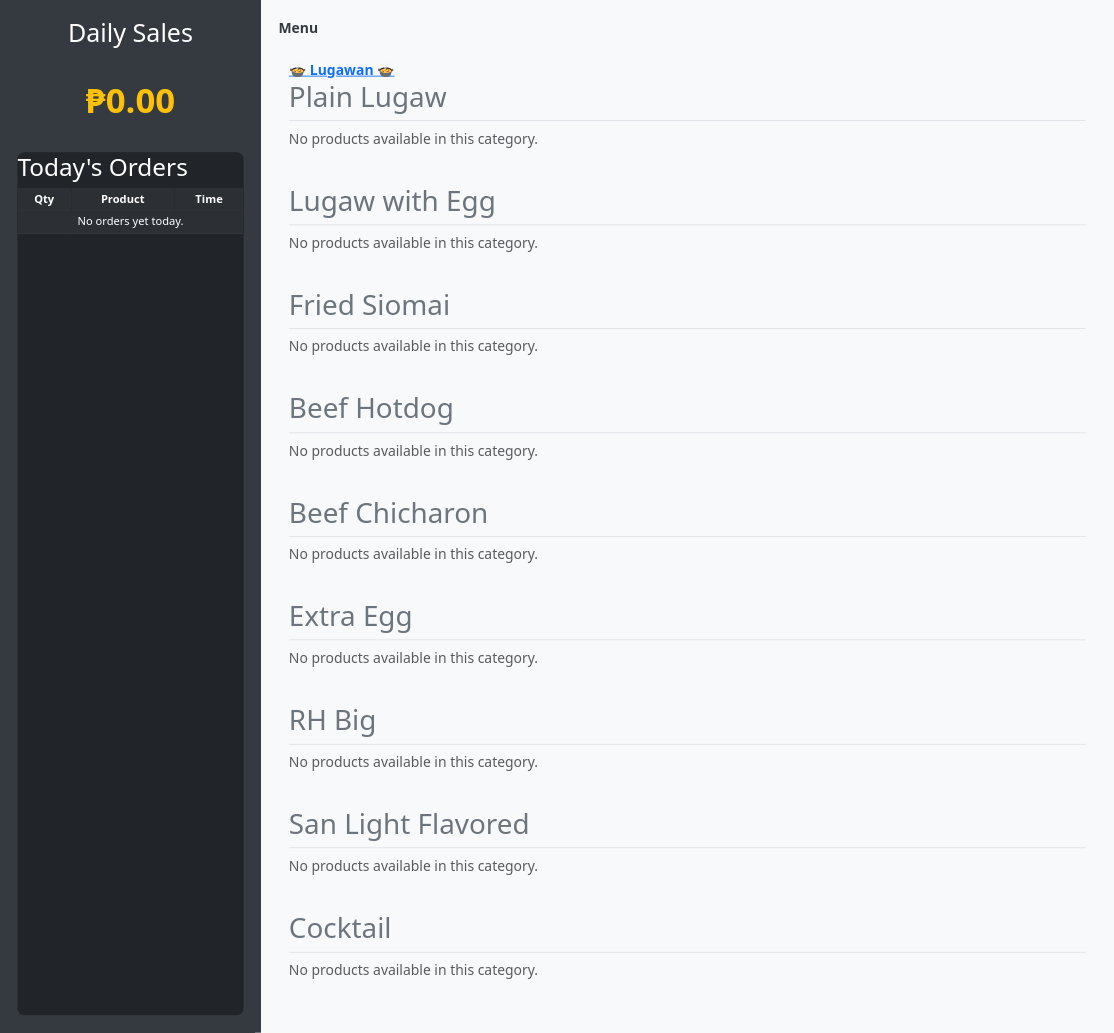
Repository: Jijiluzana225/lugawan_pitlane
Page: http://localhost/menu/
These files come from the project's save history. The page is drawn as it stood at one moment and after the next save; the edit follows.
The browser window is 1280 px wide. The pictures show the whole page, at 87% of full size.
The page is served by the project's application, run on Django 5.2 (manage.py). Other server files are loaded and not shown. The page reads the database file committed with the project.

Above is the page before, as saved 2025-03-06 10:09:17.

### pos/templates/pos/catalog.html
{% extends 'pos/base.html' %}

{% block title %}Product Catalog - Lugaw Cafe{% endblock %}

{% block content %}
<div class="container mt-4">

    <a class="text-center mb-5 text-primary fw-bold" href="{% url 'catalog' %}">🍲 Lugawan 🍲</a>


    {% for category in categories %}
        <div class="category-section mb-4">
            <h2 class="text-secondary border-bottom pb-2">{{ category.name }}</h2>

            <div class="row g-4">
                {% for product in category.product_set.all %}
                    <div class="col-md-4 col-lg-3">
                        <div class="card h-100 shadow-sm">
                            <div class="card-body text-center">
                                <h3 class="card-title text-dark fw-bold">{{ product.name }}</h3>
                                <p class="card-text text-success fs-5">₱{{ product.price }}</p>

                                <!-- Running total ordered today -->
                                {% with total_ordered=product.total_ordered_today %}
                                    <p style="font-color:Blue">Ordered today: <strong>{{ total_ordered|default:0 }}</strong></p>
                                {% endwith %}

                                {% if product.available %}
                                    <form action="{% url 'add_to_order' %}" method="post" class="d-flex flex-column align-items-center">
                                        {% csrf_token %}
                                        <div class="input-group mb-2" style="width: 150px;">
                                            <input type="hidden" name="product_id" value="{{ product.id }}">
                                            <input type="number" name="quantity" id="qty_{{ product.id }}" value="1" min="1" class="form-control text-center" required>
                                            <span class="input-group-text">🛒</span>
                                        </div>
                                        <button type="submit" class="btn btn-success btn-sm w-100">
                                            Add to Order
                                        </button>
                                    </form>
                                {% else %}
                                    <p class="text-danger fw-bold">🚫 Out of Stock</p>
                                {% endif %}
                            </div>
                        </div>
                    </div>
                {% empty %}
                    <p class="text-muted">No products available in this category.</p>
                {% endfor %}
            </div>
        </div>
    {% empty %}
        <p class="text-muted text-center">No categories available.</p>
    {% endfor %}
</div>

<script>
    function disableButton(form) {
        const button = form.querySelector('button[type="submit"]');
        button.disabled = true;
        button.innerText = 'Adding...'; // Optional: Change text while posting
    }
</script>


{% endblock %}

### pos/templates/pos/base.html
<!DOCTYPE html>
<html lang="en">
<head>
    <meta charset="UTF-8">
    <meta name="viewport" content="width=device-width, initial-scale=1.0">
    <title>{% block title %}Lugaw Cafe POS{% endblock %}</title>

    <!-- Bootstrap CSS -->
    <link href="https://cdnjs.cloudflare.com/ajax/libs/bootstrap/5.3.0/css/bootstrap.min.css" rel="stylesheet">

    <style>
        body {
            display: flex;
            min-height: 100vh;
            background-color: #f8f9fa;
        }

        .sidebar {
            width: 300px;
            background: #343a40;
            color: #fff;
            padding: 20px;
            display: flex;
            flex-direction: column;
        }

        .sidebar h2 {
            font-size: 1.8rem;
            text-align: center;
            margin-bottom: 30px;
        }

        .total-orders {
            font-size: 2.5rem;
            font-weight: bold;
            color: #ffc107;
            text-align: center;
        }

        .orders-table {
            margin-top: 30px;
            background: #212529;
            border-radius: 8px;
            padding: 0;
            overflow: hidden;
            display: flex;
            flex-direction: column;
            flex-grow: 1;
            min-height: 0; /* Helps flexbox handle scrolling */
        }

        .scrollable-table {
            overflow-y: auto;
            flex-grow: 1;
            max-height: calc(100vh - 250px); /* Full screen height minus sidebar and padding */
            margin-bottom: 20px; /* Always leaves a 20px gap at the bottom */
        }

        .scrollable-table table {
            width: 100%;
            font-size: 0.8rem;
        }

        .scrollable-table th, .scrollable-table td {
            text-align: center;
            padding: 3px;
        }





        .main-content {
            flex: 1;
            padding: 20px;
        }

        .catalog {
            display: flex;
            flex-wrap: wrap;
            gap: 20px;
            justify-content: flex-start;
        }

        .product {
            border: 1px solid #ccc;
            padding: 15px;
            width: 200px;
            text-align: center;
            background-color: #ffffff;
            border-radius: 8px;
            box-shadow: 0 2px 8px rgba(0, 0, 0, 0.1);
            transition: transform 0.2s ease-in-out;
        }

        .product:hover {
            transform: scale(1.05);
        }

        .product h3 {
            margin: 0;
            font-size: 1.2rem;
            color: #212529;
        }

        .product p {
            margin: 5px 0;
        }

        .btn-add {
            background-color: #28a745;
            color: white;
            border: none;
            padding: 8px 12px;
            border-radius: 5px;
            transition: background-color 0.2s ease-in-out;
        }

        .btn-add:hover {
            background-color: #218838;
        }

        nav a {
            margin-right: 15px;
            text-decoration: none;
            color: #343a40;
            font-weight: bold;
        }
    </style>
</head>
<body>

    <!-- Sidebar with total orders and order table -->
    <div class="sidebar">
        <h2>Daily Sales</h2>
        <div class="total-orders">
            ₱{{ total_sales|default:"0.00" }}
        </div>

        <div class="orders-table">
            <h3 class="sticky-header">Today's Orders</h3>

            <div class="scrollable-table">
                <table class="table table-dark table-striped">

                        <tr>
                            <th>Qty</th>
                            <th>Product</th>
                            <th>Time</th>
                        </tr>
                    </thead>
                    <tbody>
                        {% for order in todays_orders %}
                            <tr>
                                <td>{{ order.quantity }}</td>
                                <td>{{ order.product.name }}</td>
                                <td>{{ order.datetimestamp|time:"h:i A" }}</td>
                            </tr>
                        {% empty %}
                            <tr>
                                <td colspan="3">No orders yet today.</td>
                            </tr>
                        {% endfor %}
                    </tbody>
                </table>
            </div>
        </div>

    </div>

    <div class="main-content">
        <nav>
            <a href="{% url 'menu' %}">Menu</a>
        </nav>

        {% block content %}{% endblock %}
    </div>

</body>
</html>

### pos/models.py
from django.db import models
from django.utils.timezone import now

class Category(models.Model):
    name = models.CharField(max_length=100)

    def __str__(self):
        return self.name

from django.db import models
from django.utils.timezone import now

class Category(models.Model):
    name = models.CharField(max_length=100)

    def __str__(self):
        return self.name

class Product(models.Model):
    name = models.CharField(max_length=200)
    category = models.ForeignKey(Category, on_delete=models.CASCADE)
    price = models.DecimalField(max_digits=10, decimal_places=2)
    available = models.BooleanField(default=True)

    def __str__(self):
        return self.name

    @property
    def total_ordered_today(self):
        from django.db.models import Sum
        from datetime import date

        today = date.today()
        total = OrderItem.objects.filter(
            product=self,
            datetimestamp__date=today
        ).aggregate(Sum('quantity'))['quantity__sum']

        return total or 0


class OrderItem(models.Model):
    product = models.ForeignKey(Product, on_delete=models.CASCADE)
    quantity = models.PositiveIntegerField(default=1)
    datetimestamp = models.DateTimeField(default=now)  # New field

    def __str__(self):
        return f"{self.quantity} x {self.product.name} at {self.datetimestamp}"

### pos/views.py
from django.shortcuts import render
from .models import Category, Product




def catalog(request):

    categories = Product.objects.select_related('category').all()

    # Calculate total sales for the day from OrderItem model
    today = date.today()
    total_sales = OrderItem.objects.filter(
        datetimestamp__date=today
    ).annotate(
        total_price=F('product__price') * F('quantity')  # Calculate total price per item
    ).aggregate(
        total=Sum('total_price')
    )['total'] or 0
    categories = Category.objects.prefetch_related('product_set').all()

    todays_orders = OrderItem.objects.filter(
        datetimestamp__date=today
    ).select_related('product').order_by('-datetimestamp')

    return render(request, 'pos/catalog.html', {'categories': categories,'total_sales': total_sales,'todays_orders': todays_orders})


from django.shortcuts import redirect, get_object_or_404
from django.utils.timezone import now
from .models import Product, OrderItem

def add_to_order(request):
    if request.method == 'POST':
        product_id = request.POST.get('product_id')
        quantity = int(request.POST.get('quantity', 1))  # Get quantity, default to 1 if missing
        product = get_object_or_404(Product, id=product_id)

        # Always create a new OrderItem record with the provided quantity
        OrderItem.objects.create(
            product=product,
            quantity=quantity,
            datetimestamp=now()
        )

    return redirect('catalog')


from django.shortcuts import render
from django.db.models import Sum, F
from django.utils.timezone import now
from datetime import date
from .models import Product, OrderItem

def menu(request):
    categories = Product.objects.select_related('category').all()

    # Calculate total sales for the day from OrderItem model
    today = date.today()
    total_sales = OrderItem.objects.filter(
        datetimestamp__date=today
    ).annotate(
        total_price=F('product__price') * F('quantity')  # Calculate total price per item
    ).aggregate(
        total=Sum('total_price')
    )['total'] or 0

    return render(request, 'pos/catalog.html', {
        'categories': categories,
        'total_sales': total_sales
    })

### lugaw_pos/urls.py
from django.contrib import admin
from django.urls import path, include

urlpatterns = [
    path('admin/', admin.site.urls),
    path('', include('pos.urls')),
]

### pos/urls.py
from django.urls import path
from . import views

urlpatterns = [
    path('menu/', views.menu, name='menu'),

    path('', views.catalog, name='catalog'),  # New catalog page
    path('add-to-order/', views.add_to_order, name='add_to_order'),  # New URL for adding to order

]

### db.sqlite3 (the tables this page reads, as SQL)
CREATE TABLE "pos_category" ("id" integer NOT NULL PRIMARY KEY AUTOINCREMENT, "name" varchar(100) NOT NULL);
INSERT INTO "pos_category" VALUES
(1, 'Lugaw'),
(2, 'Toppings'),
(3, 'Beers'),
(4, 'Cocktail');

CREATE TABLE "pos_orderitem" ("id" integer NOT NULL PRIMARY KEY AUTOINCREMENT, "quantity" integer unsigned NOT NULL CHECK ("quantity" >= 0), "product_id" bigint NOT NULL REFERENCES "pos_product" ("id") DEFERRABLE INITIALLY DEFERRED, "datetimestamp" datetime NOT NULL);
INSERT INTO "pos_orderitem" VALUES
(50, 1, 1, '2025-03-06 01:56:34.121001'),
(51, 1, 6, '2025-03-06 01:56:41.037510'),
(52, 1, 1, '2025-03-06 01:56:57.538878'),
(53, 1, 1, '2025-03-06 01:56:59.174436'),
(54, 1, 1, '2025-03-06 01:57:01.013718'),
(55, 1, 1, '2025-03-06 01:59:52.563631'),
(56, 1, 2, '2025-03-06 02:00:06.551409'),
(57, 1, 2, '2025-03-06 02:00:07.073217'),
(58, 1, 6, '2025-03-06 02:01:38.991734'),
(59, 1, 2, '2025-03-06 02:01:44.300049'),
(60, 1, 2, '2025-03-06 02:01:45.529915'),
(61, 1, 2, '2025-03-06 02:01:45.930399'),
(62, 1, 2, '2025-03-06 02:01:47.716337'),
(63, 1, 4, '2025-03-06 02:01:51.587389'),
(64, 1, 5, '2025-03-06 02:01:56.477001'),
(65, 1, 3, '2025-03-06 02:02:02.440242'),
(66, 1, 2, '2025-03-06 02:13:40.929574'),
(67, 1, 2, '2025-03-06 02:17:50.680794'),
(68, 1, 7, '2025-03-06 02:53:27.259124');

CREATE TABLE "pos_product" ("id" integer NOT NULL PRIMARY KEY AUTOINCREMENT, "name" varchar(200) NOT NULL, "price" decimal NOT NULL, "available" bool NOT NULL, "category_id" bigint NOT NULL REFERENCES "pos_category" ("id") DEFERRABLE INITIALLY DEFERRED);
INSERT INTO "pos_product" VALUES
(1, 'Plain Lugaw', 20, 1, 1),
(2, 'Lugaw with Egg', 35, 1, 1),
(3, 'Fried Siomai', 20, 1, 2),
(4, 'Beef Hotdog', 20, 1, 2),
(5, 'Beef Chicharon', 10, 1, 2),
(6, 'Extra Egg', 15, 1, 2),
(7, 'RH Big', 150, 1, 3),
(8, 'San Light Flavored', 75, 1, 3),
(9, 'Cocktail', 350, 1, 4);

After the next save:
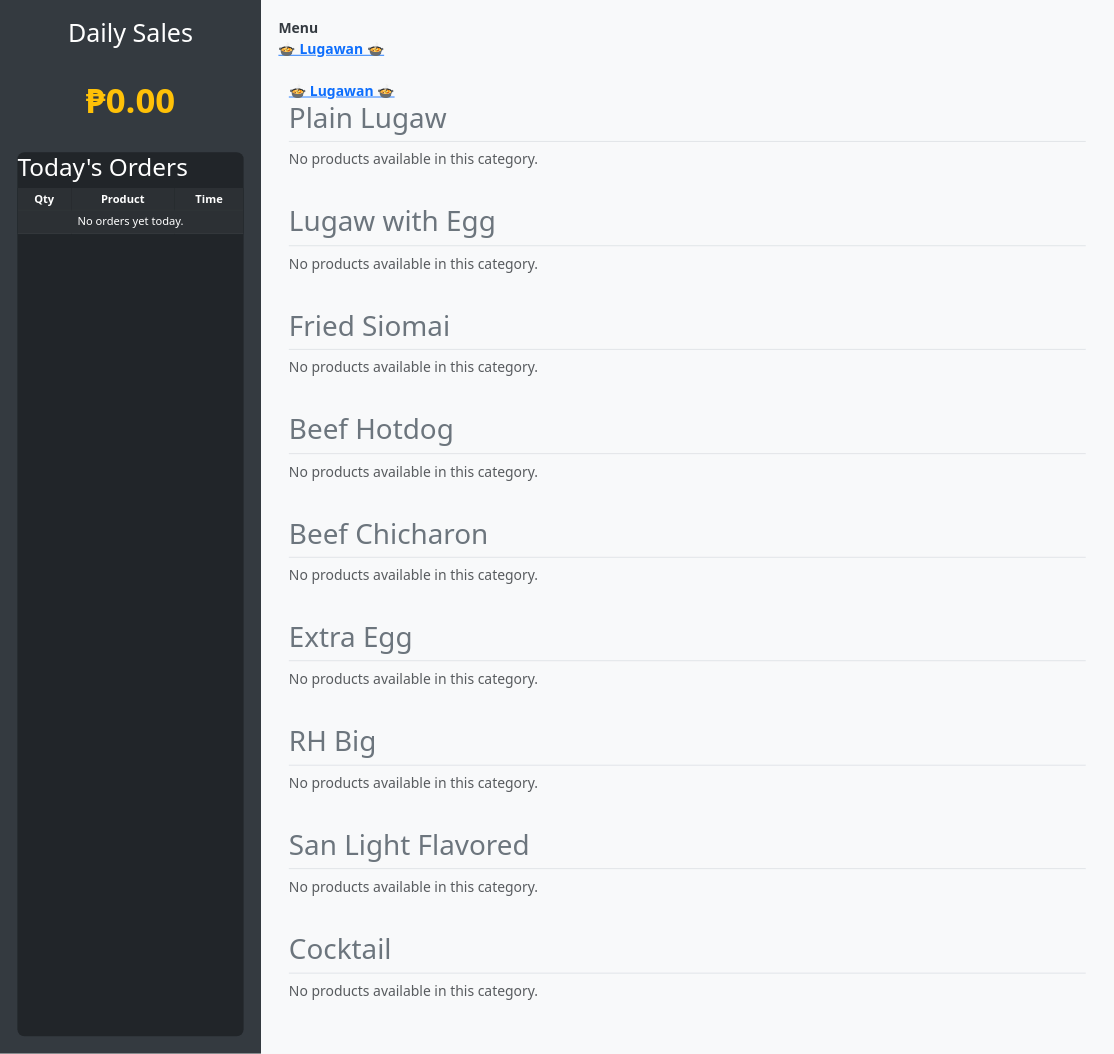
Saved 49 s later.
--- a/pos/templates/pos/base.html
+++ b/pos/templates/pos/base.html
@@ -172,7 +172,7 @@
         <nav>
             <a href="{% url 'menu' %}">Menu</a>
         </nav>
-
+        <a class="text-center mb-5 text-primary fw-bold" href="{% url 'catalog' %}">🍲 Lugawan 🍲</a>
         {% block content %}{% endblock %}
     </div>
 

After the save that followed:
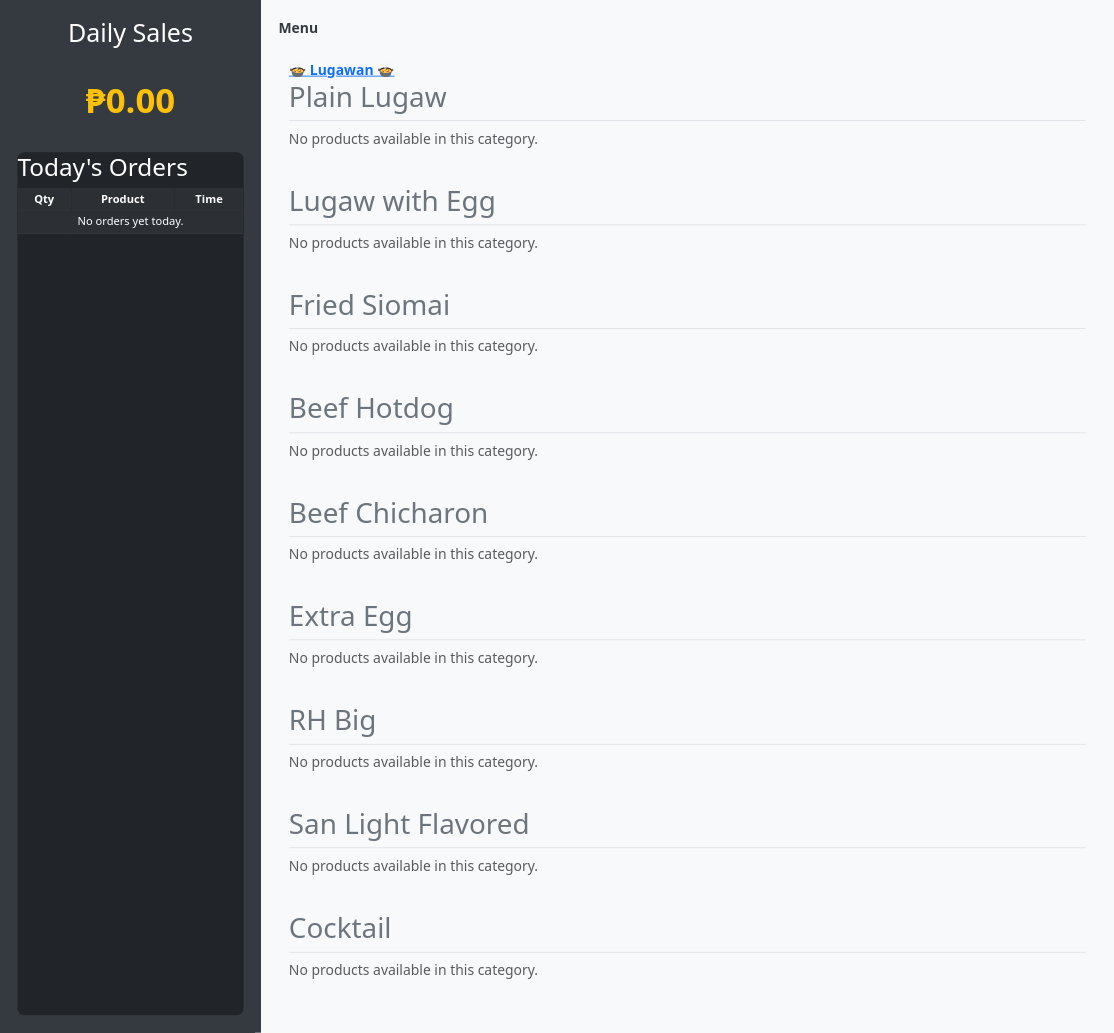
Saved 28 s later.
--- a/pos/templates/pos/base.html
+++ b/pos/templates/pos/base.html
@@ -172,7 +172,7 @@
         <nav>
             <a href="{% url 'menu' %}">Menu</a>
         </nav>
-        <a class="text-center mb-5 text-primary fw-bold" href="{% url 'catalog' %}">🍲 Lugawan 🍲</a>
+
         {% block content %}{% endblock %}
     </div>
 
